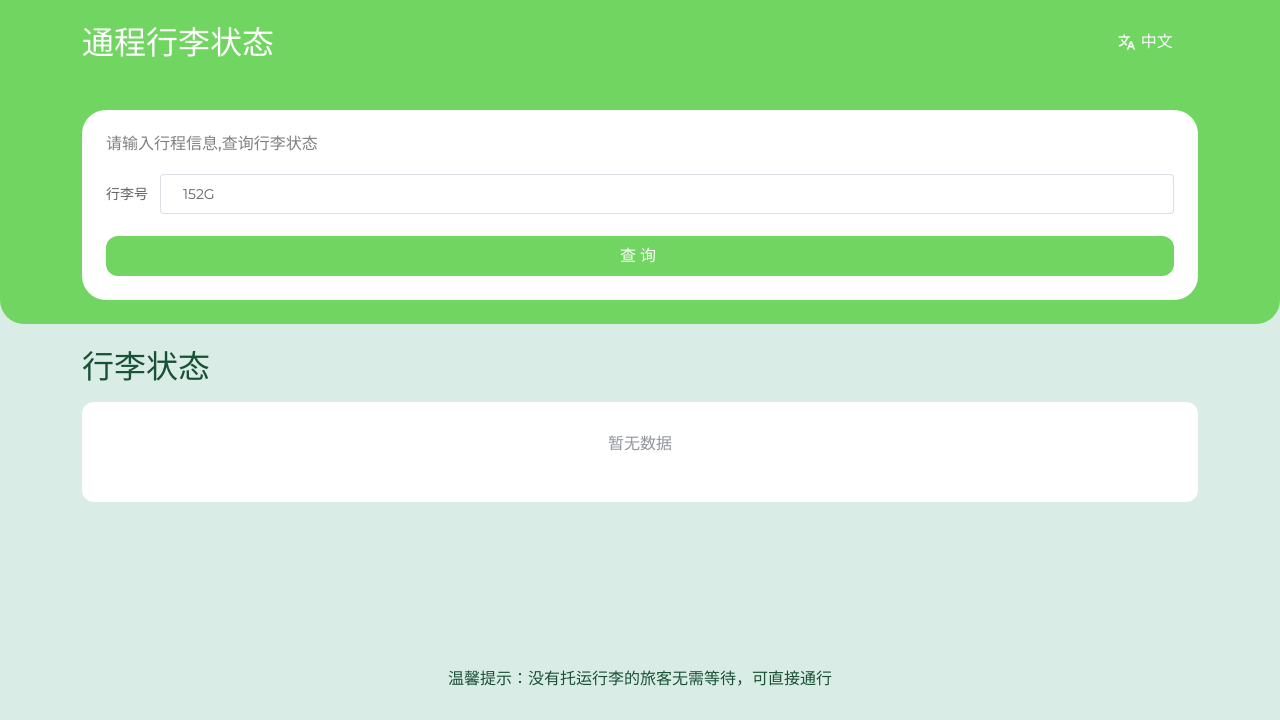
Repository: jhonMacTavish/through-baggage-web
Page: /
These files come from the project's save history. The page is drawn as it stood at one moment and after the next save; the edit follows.
The browser window is 1280 px wide. The pictures show the whole page.
The project was rebuilt for these pictures with package versions that can differ from the ones it lists, and the page was loaded fresh each time. Also part of the build but not shown: vite.config.js, src/components/Main copy.vue, src/components/NavBar.vue, src/components/Scanner.vue. Imported but missing from the stored project, and not drawn on this page: src/assets/icons/GlobeIcon.vue, src/assets/icons/LogoIcon.vue, src/assets/icons/ProfileIcon.vue, src/assets/icons/QuestionIcon.vue.

Above is the page before, as saved 2025-02-24 16:41:57.

After the next save:
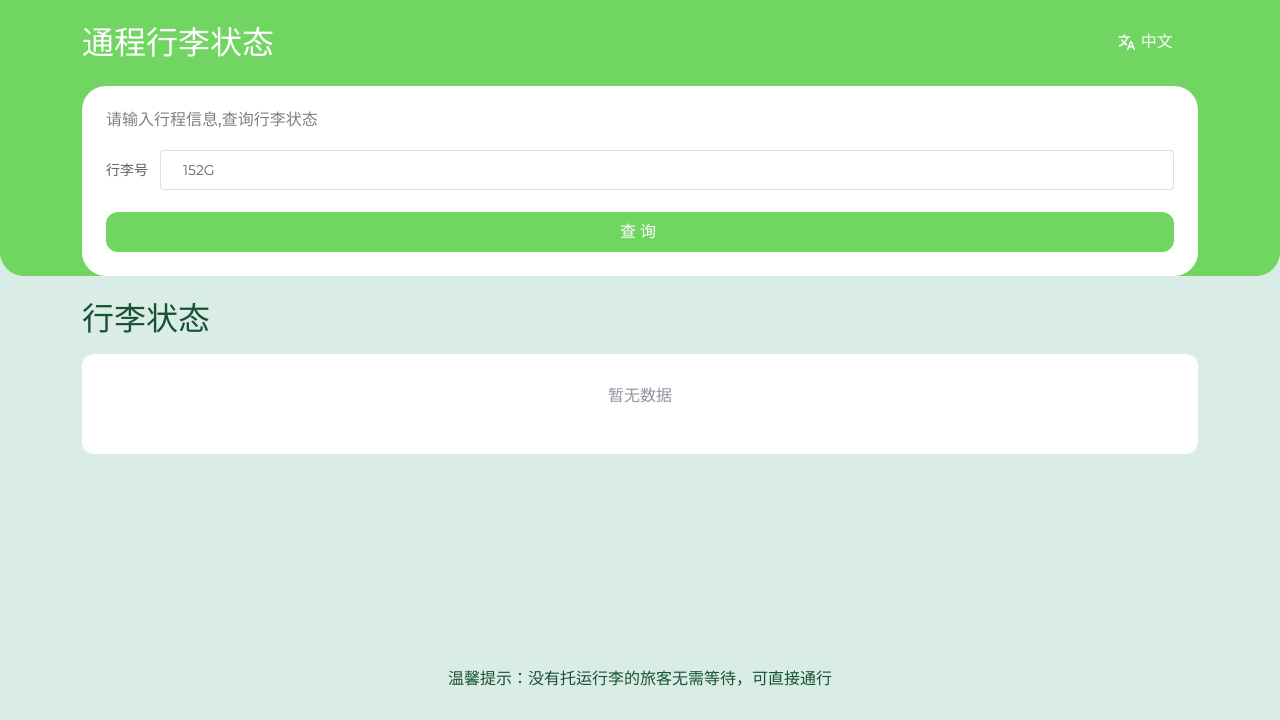
Saved 28 s later.
--- a/src/components/Main.vue
+++ b/src/components/Main.vue
@@ -54,7 +54,7 @@
     </div>
   </section>
 
-  <section class="p-4 bg-green rd-form">
+  <section class="p-8 bg-green rd-form">
     <div class="container">
       <div class="p-4 form-bg">
         <h6 class="form-title">{{ $t("messages.userText.formTitle") }}</h6>

After the 3 saves that followed:
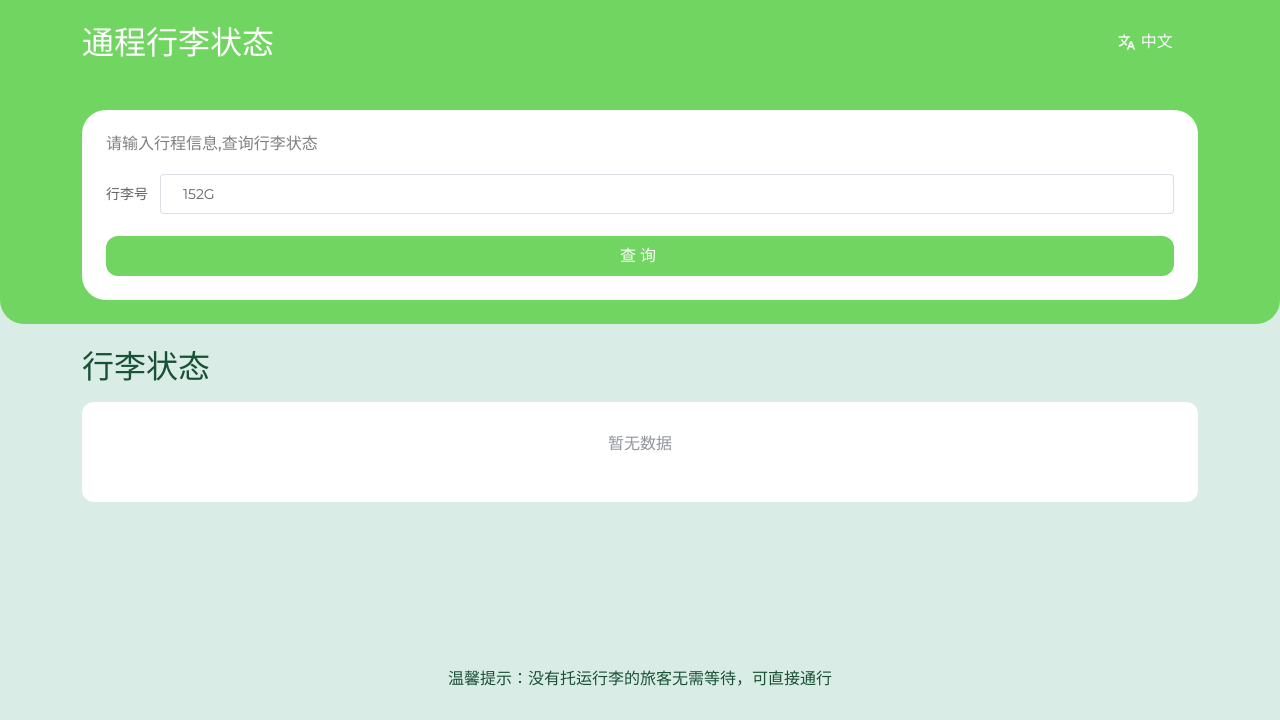
The 3 saves are shown as one change because they came seconds apart.
The last was saved 8 s later.
--- a/src/components/Main.vue
+++ b/src/components/Main.vue
@@ -54,7 +54,7 @@
     </div>
   </section>
 
-  <section class="p-8 bg-green rd-form">
+  <section class="p-4 bg-green rd-form">
     <div class="container">
       <div class="p-4 form-bg">
         <h6 class="form-title">{{ $t("messages.userText.formTitle") }}</h6>
